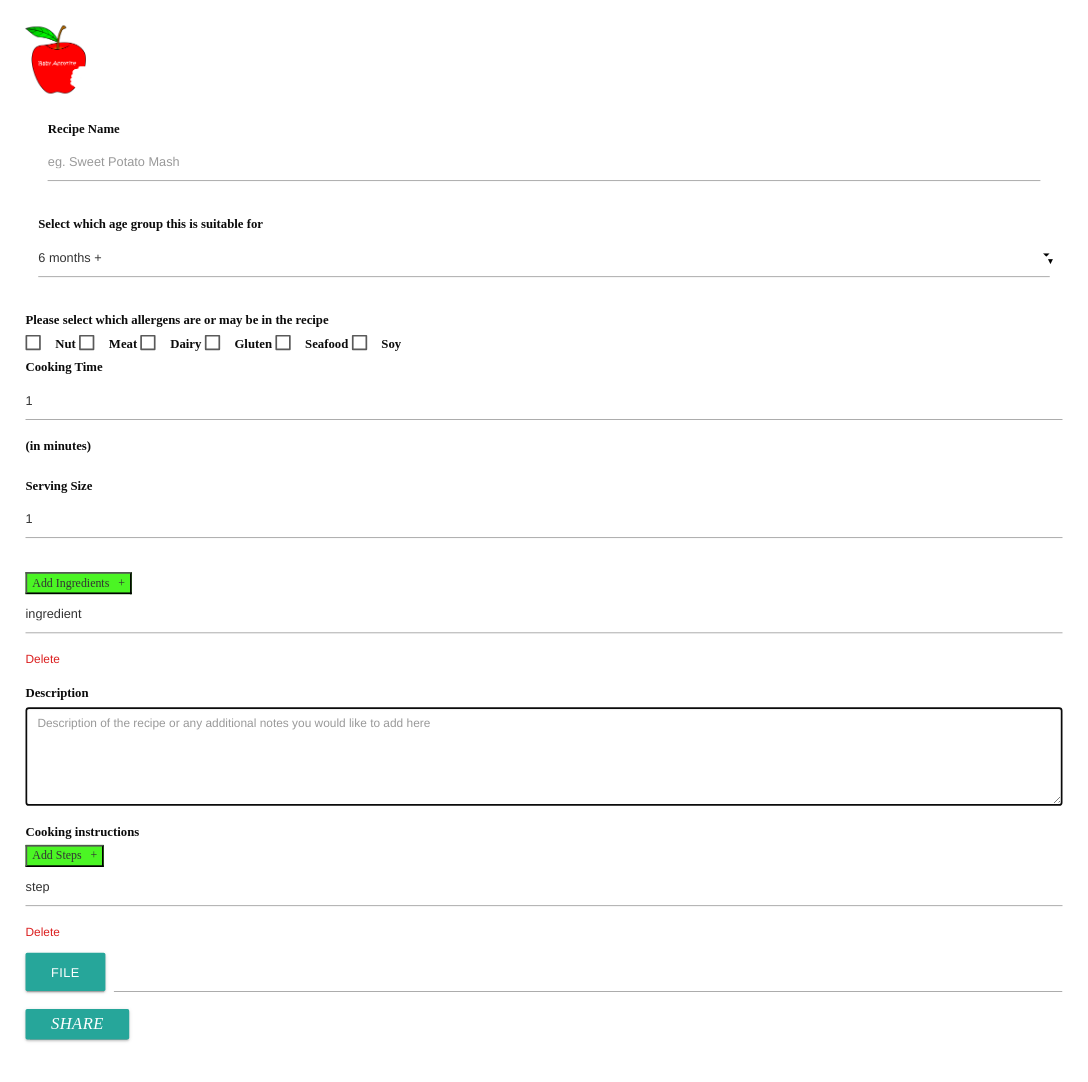
Repository: blueag8/babyappytite
Page: http://localhost/addrecipe
The author's editor kept a record of every edit. The page is drawn from the files as they stood at one moment, then again after the next edit.
The browser window is 1280 px wide. The pictures show the whole page, at 85% of full size.
Some web fonts or font styles are not loaded; a fallback is used. Some web libraries are served in a nearby version. The page is served by the project's application, run on Flask 3 (app.py). Queries for data that is not in the repository find no rows.

Above is the page before.

After the next edit:
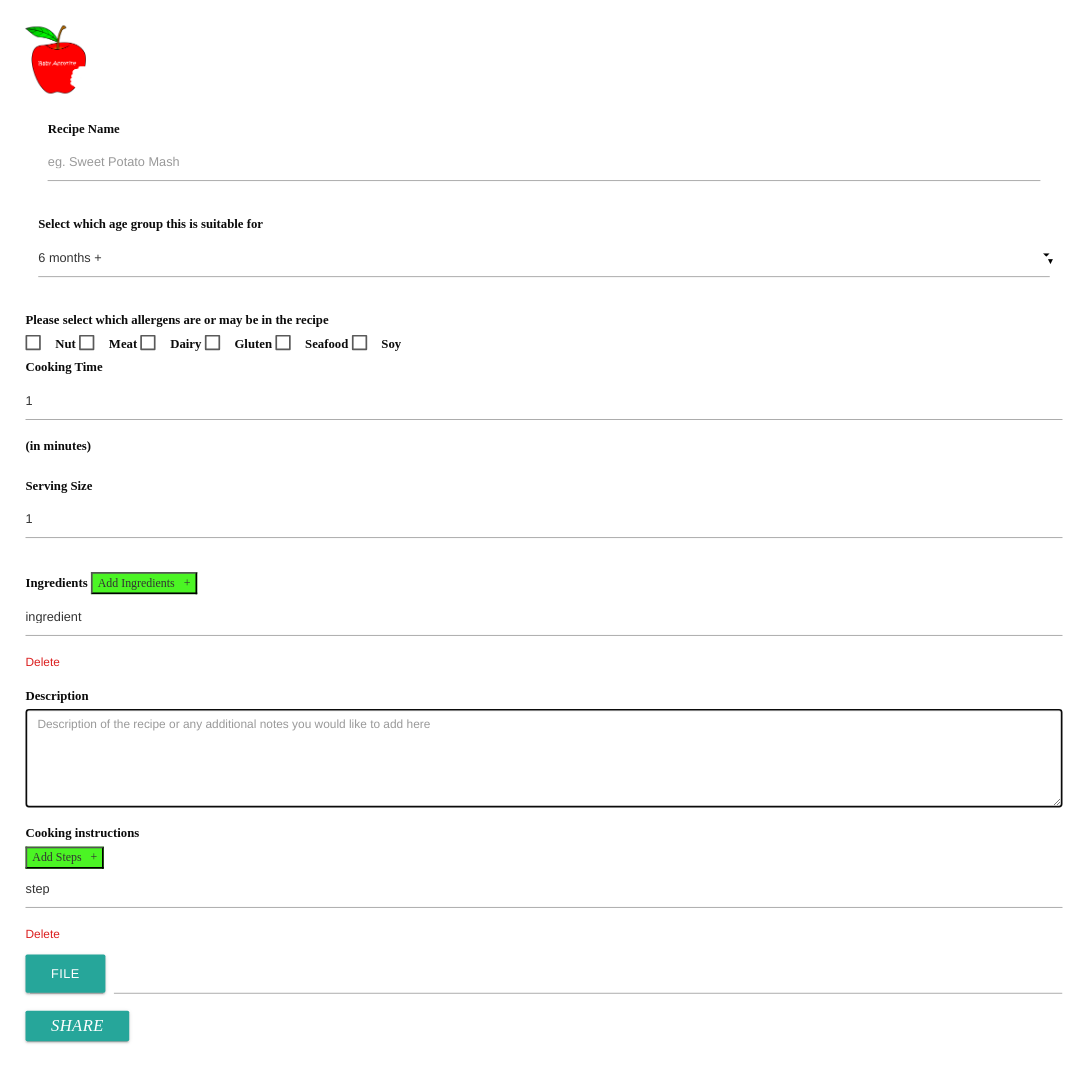
The edit:
--- a/templates/addrecipe.html
+++ b/templates/addrecipe.html
@@ -63,6 +63,7 @@
 <div class="row">
     <div class= "wrapper">
        <div class="container1">
+        <label for="ingredients">Ingredients</label>
         <button class="add_ingredients">Add Ingredients &nbsp;
           <span>+ </span>
         </button>
